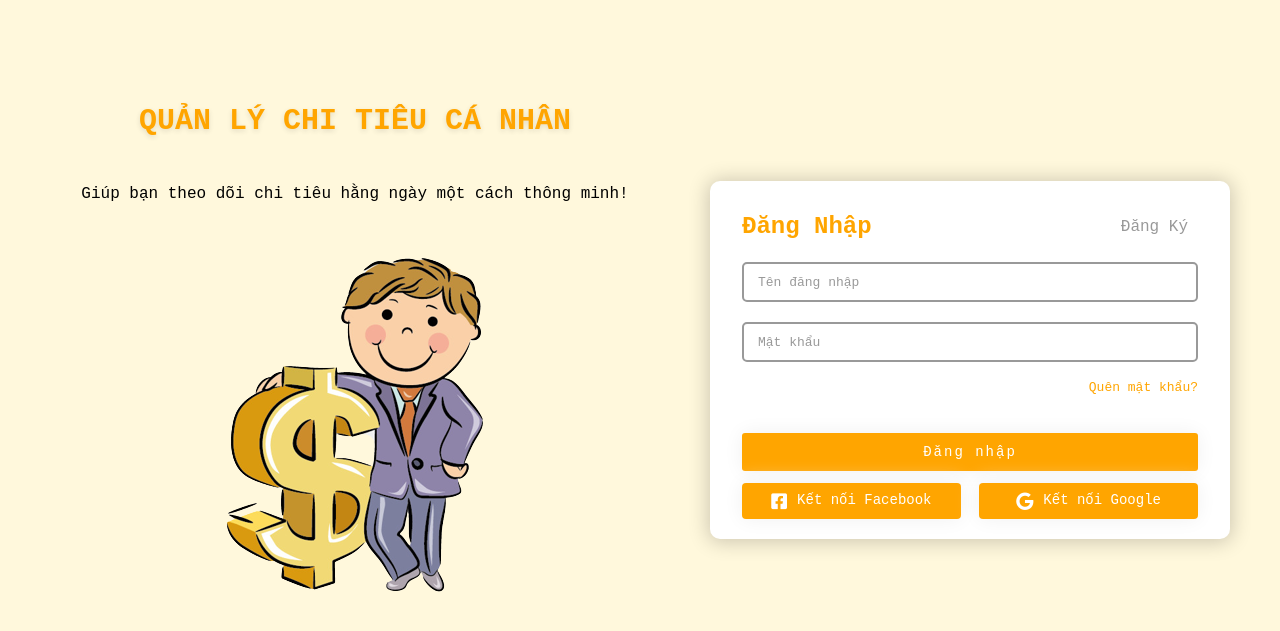
Repository: ximvhs/sochitieu
Page: html/start.html
The author's editor kept a copy of each file at every save. The page is drawn from the files as they stood at one save, then again after the next save.
The browser window is 1280 px wide. The pictures show the whole page.
Some web fonts or font styles are not loaded; a fallback is used.

Above is the page before, as saved 2023-04-06 17:27:19.

### html/start.html
<!DOCTYPE html>
<html lang="en">
<head>
    <meta charset="UTF-8">
    <meta name="viewport" content="width=device-width, initial-scale=1.0">
    <title>Đăng nhập</title>
    <link rel="stylesheet" href="/assets/css/login.css">
    <link rel="stylesheet" href="/assets/css/grid.css">
    <link rel="stylesheet" href="/assets/css/resets.css">
    <link rel="stylesheet" href="/assets/css/responsive.css">
    <link rel="stylesheet" href="/assets/css/base.css">
    <link rel="stylesheet" href="https://fonts.googleapis.com/css2?family=Material+Symbols+Outlined:opsz,wght,FILL,GRAD@20..48,100..700,0..1,-50..200" />
    <link rel="preconnect" href="https://fonts.googleapis.com">
    <link rel="preconnect" href="https://fonts.gstatic.com" crossorigin>
    <link href="https://fonts.googleapis.com/css2?family=Dongle:wght@700&display=swap" rel="stylesheet">
    <link rel="preconnect" href="https://fonts.gstatic.com">
    <link href="https://fonts.googleapis.com/css2?family=Open+Sans:ital,wght@0,400;0,600;0,700;0,800;1,400&display=swap"
    rel="stylesheet">
    <link rel="stylesheet" href="https://cdnjs.cloudflare.com/ajax/libs/font-awesome/6.4.0/css/all.min.css" integrity="sha512-iecdLmaskl7CVkqkXNQ/ZH/XLlvWZOJyj7Yy7tcenmpD1ypASozpmT/E0iPtmFIB46ZmdtAc9eNBvH0H/ZpiBw==" crossorigin="anonymous" referrerpolicy="no-referrer" />
</head>
<body>
    <form action="">
        <div class="modal js-show_login">
                <div class="modal__body">
                    <div class="auth-form--left">
                        <H1>QUẢN LÝ CHI TIÊU CÁ NHÂN</H1>
                        <p>Giúp bạn theo dõi chi tiêu hằng ngày một cách thông minh!</p>
                        <img src="/img/logo-login.png" alt="">
                    </div>
                    <div class="auth-form--right js-auth-form">
                        <div class="auth-form__container">
                            <div class="auth-form__header">
                                <h3 class="auth-form__heading">Đăng Nhập</h3>
                                <span class="auth-form__switch-btn js-register">Đăng Ký</span>
                            </div>

                            <div class="auth-form__form">
                                <div class="auth-form__group">
                                    <input type="text" id="emaillogin" class="auth-form__input" required placeholder=" ">
                                    <div class="form-label">Tên đăng nhập</div>
                                </div>
                                <div class="auth-form__group">
                                    <input type="password" id="passlogin" class="auth-form__input" required placeholder=" ">
                                    <div class="form-label">Mật khẩu</div>
                                </div>
                            </div>

                            <div class="auth-form__aside">
                                <p class="auth-form__policy-text">
                                    <a href="#" class="auth-form__text-link">Quên mật khẩu?</a>
                                </p>
                            </div>

                            <div class="auth-form__controls">
                                <button class="btn btn--normal btn--primary" id="btnlogin">Đăng nhập</button>
                            </div>

                            <div class="auth-form__socials">
                                <a href="#" class="auth-form__socials--facebook btn btn--size-s btn--with-icon">
                                    <i class="auth-form__socials-icon fab fa-facebook-square"></i>
                                    <span class="auth-form__socials-text">Kết nối Facebook</span>
                                </a>
                                <a href="#" class="auth-form__socials--google btn btn--size-s btn--with-icon">
                                    <i class="auth-form__socials-icon fab fa-google"></i>
                                    <span class="auth-form__socials-text">Kết nối Google</span>
                                </a>
                            </div>
                        </div>

                    </div>
                </div>
        </div>
    </form>

    <form action="">
        <div class="modal_register js-show_register">
                <div class="modal__body_register">
                     <div class="auth-form js-auth-form">
                        <div class="auth-form__container">
                            <div class="auth-form__header">
                                <h3 class="auth-form__heading">Đăng ký</h3>
                                <i class="fa-solid fa-xmark auth-form__heading--close js-close"></i>
                            </div>

                            <div class="auth-form__form">
                                <div class="auth-form__group">
                                    <input type="text" class="auth-form__input" required placeholder=" ">
                                    <div class="form-label">Họ và tên</div>
                                </div>
                                <div class="auth-form__group">
                                    <input type="date" class="auth-form__input" required placeholder=" ">
                                    <div class="form-label">Ngày sinh nhật</div>
                                </div>
                                <div class="auth-form__group_sex">
                                    <div class="list__sex">
                                        <div class="form-label">Nam</div>
                                        <input type="checkbox" class="auth-form__input-radio" required placeholder=" ">
                                    </div>
                                    <div class="list__sex">
                                        <div class="form-label">Nữ</div>
                                        <input type="checkbox" class="auth-form__input-radio" required placeholder=" ">
                                    </div>
                                </div>
                                <div class="auth-form__group">
                                    <input type="text" class="auth-form__input" required placeholder=" ">
                                    <div class="form-label">Tên đăng nhập</div>
                                </div>
                                <div class="auth-form__group">
                                    <input type="password" class="auth-form__input" required placeholder=" ">
                                    <div class="form-label">Mật khẩu</div>
                                </div>
                                <div class="auth-form__group">
                                    <input type="password" class="auth-form__input" required placeholder=" ">
                                    <div class="form-label">Nhập lại mật khẩu</div>
                                </div>
                            </div>

                            <div class="auth-form__aside">
                                <p class="auth-form__policy-text">
                                    Bằng việc đăng ký, bạn đã đồng ý với chúng tôi về
                                    <a href="#" class="auth-form__text-link">Điều khoản dịch vụ</a> &
                                    <a href="#" class="auth-form__text-link">Chính sách bảo mật</a>
                                </p>
                            </div>
                            <div class="auth-form__controls">
                                <button class="btn btn--normal btn--primary">ĐĂNG KÝ</button>
                            </div>
                        </div>

                    </div>
                </div>
        </div>
    </form>

   <script src="/js/start.js"></script>
</body>

</html>

### assets/css/login.css
.modal {
    background-color: var(--primary-color);
    height: 100vh;
}

.modal__body {
    height: 100vh;
    display: flex;
    justify-content: space-between;
    align-items: center;

}

.auth-form--left {
    height: 100vh;
    display: flex;
    justify-content: center;
    align-items: center;
    flex-direction: column;
    flex: 1;
}

.auth-form--left h1 {
    width: 100%;
    text-align: center;
    padding: 0;
    margin-top: 32px;
    font-size: 30px;
    color: var(--secondary-color);
    text-shadow: 0 2px 5px #33333323;
}

.auth-form--left p {
    width: 100%;
    text-align: center;
    padding: 0;
    margin-top: 32px;
    font-size: 16px;
    /* color: var(--secondary-color);
    text-shadow: 0 2px 5px #33333323; */
}



/* modal */
.itemhd button {
    height: 35px;
    width: 90px;
    margin-left: 10px;
    cursor: pointer;
    background-color: var(--secondary-color);
    border: none;
    border-radius: var(--border-box);
    padding: 5px;
    color: white;
    font-size: 14px;
    font-weight: 700;
}

.itemhd button:hover {
    opacity: 0.8;
}

.auth-form--right {
    margin-right: 50px ;
    width: 520px;
    background-color: white;
    border-radius: 10px;
    overflow: hidden;
    min-width: 40px;
    box-shadow: 0 1px 20px 2px rgb(0 0 0 / 20%);
}

.auth-form__container {
    padding: 12px  32px 20px 32px;
}

.auth-form__header {
    display: flex;
    justify-content: space-between;
    align-items: center;
}

.auth-form__heading {
    font-size: 24px;
    color: var(--secondary-color);
}

.auth-form__switch-btn {
    font-size: 16px;
    padding: 10px;
    color: var(--border-color);
}

.auth-form__switch-btn:hover {
    cursor: pointer;
    opacity: 0.7;
}

.auth-form__form input {
    width: 100%;
    height: 40px;
    padding: 12px;
    margin-bottom: 20px;
    border: solid 2px var(--border-color);
    outline: none;
    transition: all 0.5s ease;
    border-radius: 5px;
}

.auth-form__form input:focus {
    border: solid 2px var(--secondary-color);
}

.auth-form__group {
    position: relative;
}


.auth-form__group .form-label {
    position: absolute;
    font-size: 13px;
    color: var(--border-color);
    top: 35%;
    left: 16px;
    transform: translate(0,-50%);
    pointer-events: none;
    transition: all 0.3s ease;
    z-index: 1;
}

.auth-form__group .auth-form__input:not(:placeholder-shown) +.form-label,
.auth-form__group .auth-form__input:focus +.form-label {
    position: absolute;
    top: 0;
    left: 8px;
    display: inline-block;
    padding: 2px 10px;
    color: var(--secondary-color);
    font-size: 12px;
    z-index: 2;
    background-color: white;
}

.auth-form__text-link {
    text-decoration: none;
    color: var(--secondary-color);
}

.auth-form__text-link:hover {
    opacity: 0.7;
}


.auth-form__controls {
    display: flex;
    justify-content: right;
    height: 50px;
    width: 100%;
}

.auth-form__aside {
    float: right;
    margin: 10px 0 14px 0;
}

.auth-form__aside a:hover {
    color: var(--secondary-color);
    cursor: pointer;
}

.auth-form__policy-text {
    margin: -14px 0 20px 0;
    transition: all 0.3s ease;
}

.auth-form__controls .btn {
    width: 100%;
    height: 38px;
    letter-spacing: 2px;
    font-size: 14px;
    padding: 0 12px;
    border: none;
    border-radius: 3px;
    text-decoration: none;
    display: inline-flex;
    justify-content: center;
    align-items: center;
    cursor: pointer;
}

.auth-form__socials {
    width: 100%;
    display: flex;
    justify-content: space-between;

}

.auth-form__socials--facebook {
    width: 48%;
    height: 36px;
    display: flex;
    justify-content: center;
    align-items: center;
}

.auth-form__socials--google {
    width: 48%;
    display: flex;
    justify-content: center;
    align-items: center;
}

.auth-form__socials-icon {
    font-size: 18px;
    margin-right: 10px;
}

.auth-form__socials-text {
    font-size: 14px;
}

.modal_register {
    position: fixed;
    z-index: 3;
    background-color: rgba(0, 0, 0, 0.5);
    top: 0;
    bottom: 0;
    right: 0;
    left: 0;
    display: none;
    animation: fadeIn linear 0.1s;
    /* display: flex; */
}


.modal__body_register {
    position: relative;
    margin: auto;
}

.auth-form {
    width: 500px;
    background-color: white;
    border-radius: 5px;
    overflow: hidden;
    min-width: 20px;
    box-shadow: 0 0 12px rgb(0 0 0 / 70%);
    animation: Slide ease 0.5s;
}

.auth-form__group_sex {
    display: flex;
    /* justify-content:space-between; */
    align-items: center;
    margin-bottom: 4px ;
}

.auth-form__group_sex .list__sex .auth-form__input-radio {
    height: 20px;
    width: 20px;
    margin-bottom: 12px ;
}

.list__sex {
    display: flex;
    justify-content: center;
    align-items: center;
}

.list__sex:nth-child(1) {
    margin-left: 16px;
}

.list__sex:nth-child(2) {
    margin-left: 50px;
}

.js-show_register.open.modal_register {
    display: flex;
    justify-content: center;
    align-items: center;
    opacity: 1;
}

.auth-form__heading--close {
    font-size: 30px;
    color: var(--secondary-color);
    padding: 5px;
}

.auth-form__heading--close:hover {
    opacity: 0.7;
    cursor: pointer;
}

### assets/css/grid.css
.grid {
    width: 100%;
    display: block;
    padding: 0;
}

.grid.wide {
    max-width: 1200px;
    margin: 0 auto;
}

.row {
    display: flex;
    flex-wrap: wrap;
    margin-left: -4px;
    margin-right: -4px;
}

.row.no-gutters {
    margin-left: 0;
    margin-right: 0;
}

.col {
    padding-left: 4px;
    padding-right: 4px;
}

.row.no-gutters .col {
    padding-left: 0;
    padding-right: 0;
}

.c-0 {
    display: none;
}

.c-1 {
    flex: 0 0 8.33333%;
    max-width: 8.33333%;
}

.c-2 {
    flex: 0 0 16.66667%;
    max-width: 16.66667%;
}

.c-3 {
    flex: 0 0 25%;
    max-width: 25%;
}

.c-4 {
    flex: 0 0 33.33333%;
    max-width: 33.33333%;
}

.c-5 {
    flex: 0 0 41.66667%;
    max-width: 41.66667%;
}

.c-6 {
    flex: 0 0 50%;
    max-width: 50%;
}

.c-7 {
    flex: 0 0 58.33333%;
    max-width: 58.33333%;
}

.c-8 {
    flex: 0 0 66.66667%;
    max-width: 66.66667%;
}

.c-9 {
    flex: 0 0 75%;
    max-width: 75%;
}

.c-10 {
    flex: 0 0 83.33333%;
    max-width: 83.33333%;
}

.c-11 {
    flex: 0 0 91.66667%;
    max-width: 91.66667%;
}

.c-12 {
    flex: 0 0 100%;
    max-width: 100%;
}

.c-o-1 {
    margin-left: 8.33333%;
}

.c-o-2 {
    margin-left: 16.66667%;
}

.c-o-3 {
    margin-left: 25%;
}

.c-o-4 {
    margin-left: 33.33333%;
}

.c-o-5 {
    margin-left: 41.66667%;
}

.c-o-6 {
    margin-left: 50%;
}

.c-o-7 {
    margin-left: 58.33333%;
}

.c-o-8 {
    margin-left: 66.66667%;
}

.c-o-9 {
    margin-left: 75%;
}

.c-o-10 {
    margin-left: 83.33333%;
}

.c-o-11 {
    margin-left: 91.66667%;
}

/* >= Tablet */
@media (min-width: 740px) {
    .row {
        margin-left: -8px;
        margin-right: -8px;
    }

    .col {
        padding-left: 8px;
        padding-right: 8px;
    }

    .m-0 {
        display: none;
    }

    .m-1,
    .m-2,
    .m-3,
    .m-4,
    .m-5,
    .m-6,
    .m-7,
    .m-8,
    .m-9,
    .m-10,
    .m-11,
    .m-12 {
        display: block;
    }

    .m-1 {
        flex: 0 0 8.33333%;
        max-width: 8.33333%;
    }

    .m-2 {
        flex: 0 0 16.66667%;
        max-width: 16.66667%;
    }

    .m-3 {
        flex: 0 0 25%;
        max-width: 25%;
    }

    .m-4 {
        flex: 0 0 33.33333%;
        max-width: 33.33333%;
    }

    .m-5 {
        flex: 0 0 41.66667%;
        max-width: 41.66667%;
    }

    .m-6 {
        flex: 0 0 50%;
        max-width: 50%;
    }

    .m-7 {
        flex: 0 0 58.33333%;
        max-width: 58.33333%;
    }

    .m-8 {
        flex: 0 0 66.66667%;
        max-width: 66.66667%;
    }

    .m-9 {
        flex: 0 0 75%;
        max-width: 75%;
    }

    .m-10 {
        flex: 0 0 83.33333%;
        max-width: 83.33333%;
    }

    .m-11 {
        flex: 0 0 91.66667%;
        max-width: 91.66667%;
    }

    .m-12 {
        flex: 0 0 100%;
        max-width: 100%;
    }

    .m-o-1 {
        margin-left: 8.33333%;
    }

    .m-o-2 {
        margin-left: 16.66667%;
    }

    .m-o-3 {
        margin-left: 25%;
    }

    .m-o-4 {
        margin-left: 33.33333%;
    }

    .m-o-5 {
        margin-left: 41.66667%;
    }

    .m-o-6 {
        margin-left: 50%;
    }

    .m-o-7 {
        margin-left: 58.33333%;
    }

    .m-o-8 {
        margin-left: 66.66667%;
    }

    .m-o-9 {
        margin-left: 75%;
    }

    .m-o-10 {
        margin-left: 83.33333%;
    }

    .m-o-11 {
        margin-left: 91.66667%;
    }
}

/* PC medium resolution > */
@media (min-width: 1113px) {
    .row {
        margin-left: -12px;
        margin-right: -12px;
    }

    .row.sm-gutter {
        margin-left: -5px;
        margin-right: -5px;
    }

    .col {
        padding-left: 12px;
        padding-right: 12px;
    }

    .row.sm-gutter .col {
        padding-left: 5px;
        padding-right: 5px;
    }

    .l-0 {
        display: none;
    }

    .l-1,
    .l-2,
    .l-2-4,
    .l-3,
    .l-4,
    .l-5,
    .l-6,
    .l-7,
    .l-8,
    .l-9,
    .l-10,
    .l-11,
    .l-12 {
        display: block;
    }

    .l-1 {
        flex: 0 0 8.33333%;
        max-width: 8.33333%;
    }

    .l-2 {
        flex: 0 0 16.66667%;
        max-width: 16.66667%;
    }

    .l-2-4 {
        flex: 0 0 20%;
        max-width: 20%;
    }

    .l-3 {
        flex: 0 0 25%;
        max-width: 25%;
    }

    .l-4 {
        flex: 0 0 33.33333%;
        max-width: 33.33333%;
    }

    .l-5 {
        flex: 0 0 41.66667%;
        max-width: 41.66667%;
    }

    .l-6 {
        flex: 0 0 50%;
        max-width: 50%;
    }

    .l-7 {
        flex: 0 0 58.33333%;
        max-width: 58.33333%;
    }

    .l-8 {
        flex: 0 0 66.66667%;
        max-width: 66.66667%;
    }

    .l-9 {
        flex: 0 0 75%;
        max-width: 75%;
    }

    .l-10 {
        flex: 0 0 83.33333%;
        max-width: 83.33333%;
    }

    .l-11 {
        flex: 0 0 91.66667%;
        max-width: 91.66667%;
    }

    .l-12 {
        flex: 0 0 100%;
        max-width: 100%;
    }

    .l-o-1 {
        margin-left: 8.33333%;
    }

    .l-o-2 {
        margin-left: 16.66667%;
    }

    .l-o-3 {
        margin-left: 25%;
    }

    .l-o-4 {
        margin-left: 33.33333%;
    }

    .l-o-5 {
        margin-left: 41.66667%;
    }

    .l-o-6 {
        margin-left: 50%;
    }

    .l-o-7 {
        margin-left: 58.33333%;
    }

    .l-o-8 {
        margin-left: 66.66667%;
    }

    .l-o-9 {
        margin-left: 75%;
    }

    .l-o-10 {
        margin-left: 83.33333%;
    }

    .l-o-11 {
        margin-left: 91.66667%;
    }
}

/* Tablet - PC low resolution */
@media (min-width: 740px) and (max-width: 1023px) {
    .wide {
        width: 644px;
    }
}

/* > PC low resolution */
@media (min-width: 1024px) and (max-width: 1239px) {
    .wide {
        width: 984px;
    }

    .wide .row {
        margin-left: -12px;
        margin-right: -12px;
    }

    .wide .row.sm-gutter {
        margin-left: -5px;
        margin-right: -5px;
    }

    .wide .col {
        padding-left: 12px;
        padding-right: 12px;
    }

    .wide .row.sm-gutter .col {
        padding-left: 5px;
        padding-right: 5px;
    }

    .wide .l-0 {
        display: none;
    }

    .wide .l-1,
    .wide .l-2,
    .wide .l-2-4,
    .wide .l-3,
    .wide .l-4,
    .wide .l-5,
    .wide .l-6,
    .wide .l-7,
    .wide .l-8,
    .wide .l-9,
    .wide .l-10,
    .wide .l-11,
    .wide .l-12 {
        display: block;
    }

    .wide .l-1 {
        flex: 0 0 8.33333%;
        max-width: 8.33333%;
    }

    .wide .l-2 {
        flex: 0 0 16.66667%;
        max-width: 16.66667%;
    }

    .wide .l-2-4 {
        flex: 0 0 20%;
        max-width: 20%;
    }

    .wide .l-3 {
        flex: 0 0 25%;
        max-width: 25%;
    }

    .wide .l-4 {
        flex: 0 0 33.33333%;
        max-width: 33.33333%;
    }

    .wide .l-5 {
        flex: 0 0 41.66667%;
        max-width: 41.66667%;
    }

    .wide .l-6 {
        flex: 0 0 50%;
        max-width: 50%;
    }

    .wide .l-7 {
        flex: 0 0 58.33333%;
        max-width: 58.33333%;
    }

    .wide .l-8 {
        flex: 0 0 66.66667%;
        max-width: 66.66667%;
    }

    .wide .l-9 {
        flex: 0 0 75%;
        max-width: 75%;
    }

    .wide .l-10 {
        flex: 0 0 83.33333%;
        max-width: 83.33333%;
    }

    .wide .l-11 {
        flex: 0 0 91.66667%;
        max-width: 91.66667%;
    }

    .wide .l-12 {
        flex: 0 0 100%;
        max-width: 100%;
    }

    .wide .l-o-1 {
        margin-left: 8.33333%;
    }

    .wide .l-o-2 {
        margin-left: 16.66667%;
    }

    .wide .l-o-3 {
        margin-left: 25%;
    }

    .wide .l-o-4 {
        margin-left: 33.33333%;
    }

    .wide .l-o-5 {
        margin-left: 41.66667%;
    }

    .wide .l-o-6 {
        margin-left: 50%;
    }

    .wide .l-o-7 {
        margin-left: 58.33333%;
    }

    .wide .l-o-8 {
        margin-left: 66.66667%;
    }

    .wide .l-o-9 {
        margin-left: 75%;
    }

    .wide .l-o-10 {
        margin-left: 83.33333%;
    }

    .wide .l-o-11 {
        margin-left: 91.66667%;
    }
}

### assets/css/base.css
:root {
    --primary-color:cornsilk;
    --secondary-color:orange;
    --opacity-color:#f0f0f0;
    --white-color: white;
    --border-color:#999;


    --border-box: 5px;
    --size-text: 16px;
    --size-title: 20px;
}

*{
    font-family: monospace;
    box-sizing: inherit;
    box-sizing: border-box;


}

html {
    line-height: 1.6rem;
    box-sizing: border-box;
    scroll-behavior: smooth;
}

body {
    margin: 0;
}

a {
    color: var(--text-color);
    text-decoration: none;
}

ul {
    padding-left: 0;
}

i {
    display: block;
}

li {
    list-style: none;
}

.btn {
    /* position: absolute;
    display: inline-block; */
    background-color: var(--secondary-color);
    background-size: 200% auto;
    color: var(--white-color);
    box-shadow: 0 0 20px var(--opacity-color);
    font-size: 10px;
    border: none;
    outline: none;
    cursor: pointer;
    border-radius: 4px;
    transition: all 0.2s ease-in;
}



.btn:hover {
    background-position: right center;
    opacity: 0.8;
    text-decoration: none;
}


/* animation */
@keyframes Slide {
    from {
        opacity: 0;
        transform: translateY(-150px);
    }
    to {
        opacity: 1;
        transform: translateY(0);
    }
}

Loaded but not shown: js/start.js (44 lines, source omitted); assets/css/resets.css (no stored copy; drawn as an empty file); assets/css/responsive.css (no stored copy; drawn as an empty file)

After the next save:
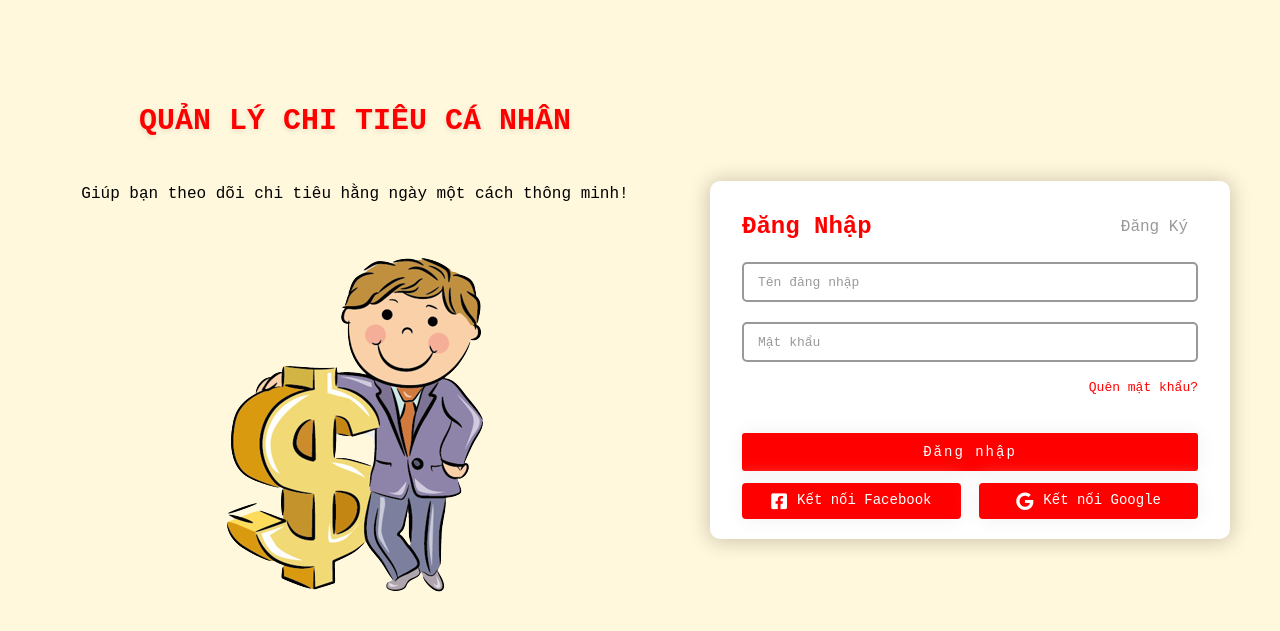
Saved 20 h 51 min later.
--- a/assets/css/base.css
+++ b/assets/css/base.css
@@ -1,6 +1,6 @@
 :root {
     --primary-color:cornsilk;
-    --secondary-color:orange;
+    --secondary-color:red;
     --opacity-color:#f0f0f0;
     --white-color: white;
     --border-color:#999;

After the save that followed:
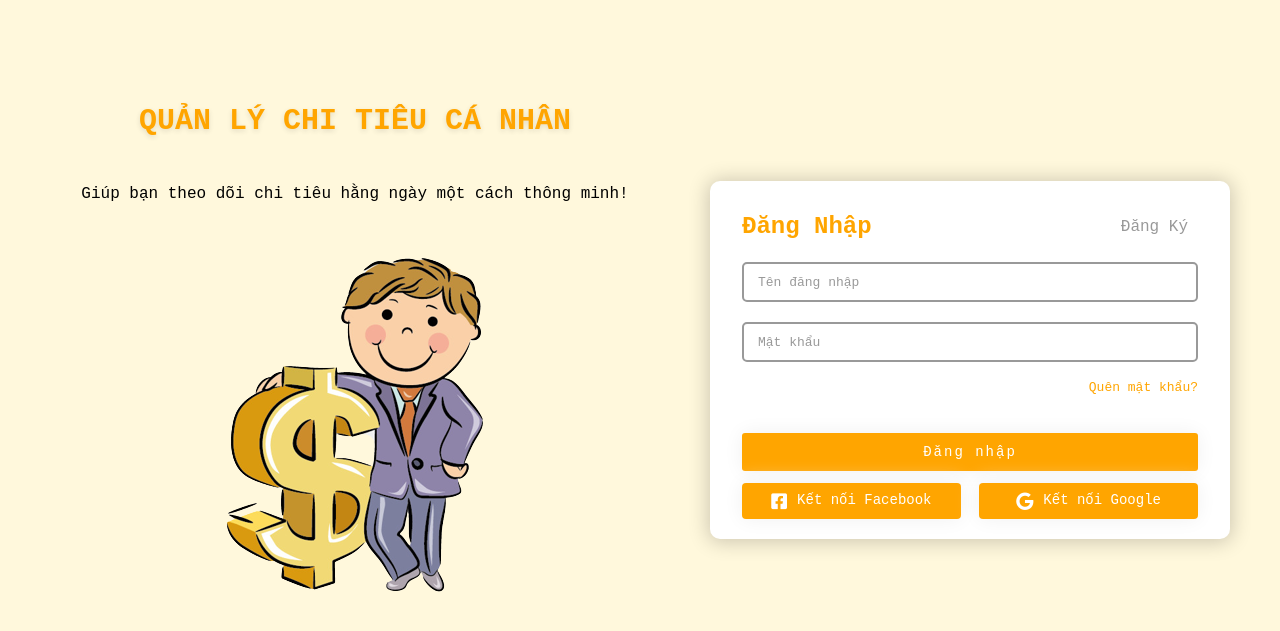
Saved 12 s later.
--- a/assets/css/base.css
+++ b/assets/css/base.css
@@ -1,6 +1,6 @@
 :root {
     --primary-color:cornsilk;
-    --secondary-color:red;
+    --secondary-color: orange;
     --opacity-color:#f0f0f0;
     --white-color: white;
     --border-color:#999;
